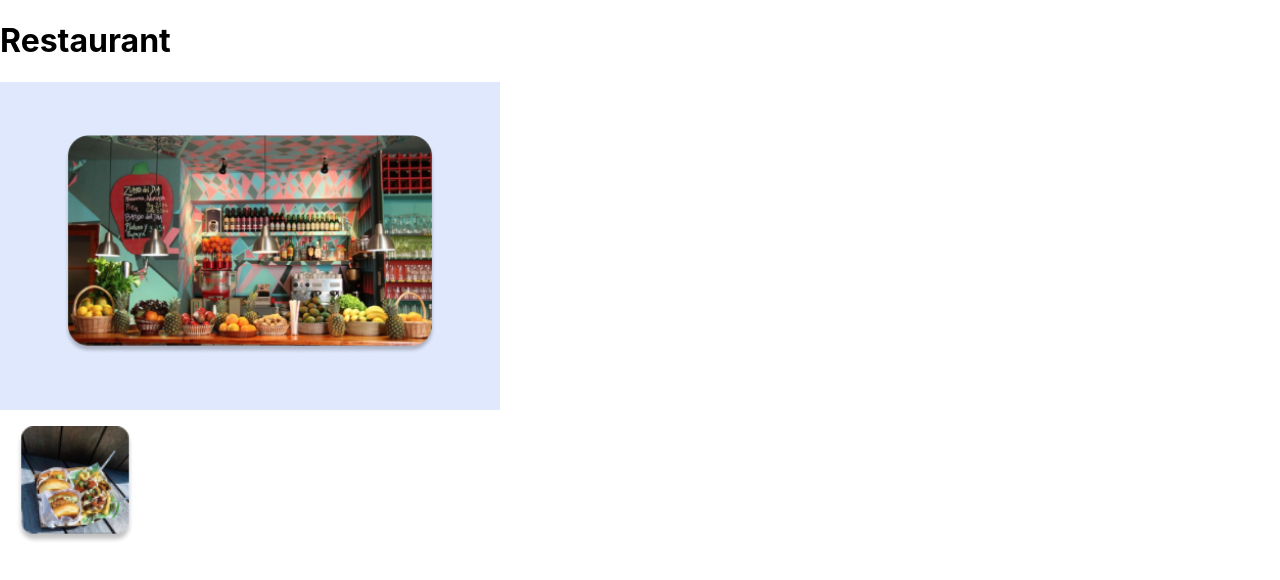
Repository: Kinakopan/design_mindfulEating_site
Page: /restaurant (app in firstapp/)
An editor plug-in stored every save of this project. The page is shown before and after the next save, followed by the edit.
The browser window is 1280 px wide. The pictures show the whole page.
The project was rebuilt for these pictures with package versions that can differ from the ones it lists, and the page was loaded fresh each time. The framework's server and built-in components were replaced by stand-ins that run in the browser. Also part of the build but not shown: firstapp/next.config.js.

Above is the page before, as saved 2022-04-20 00:38:44.

After the next save:
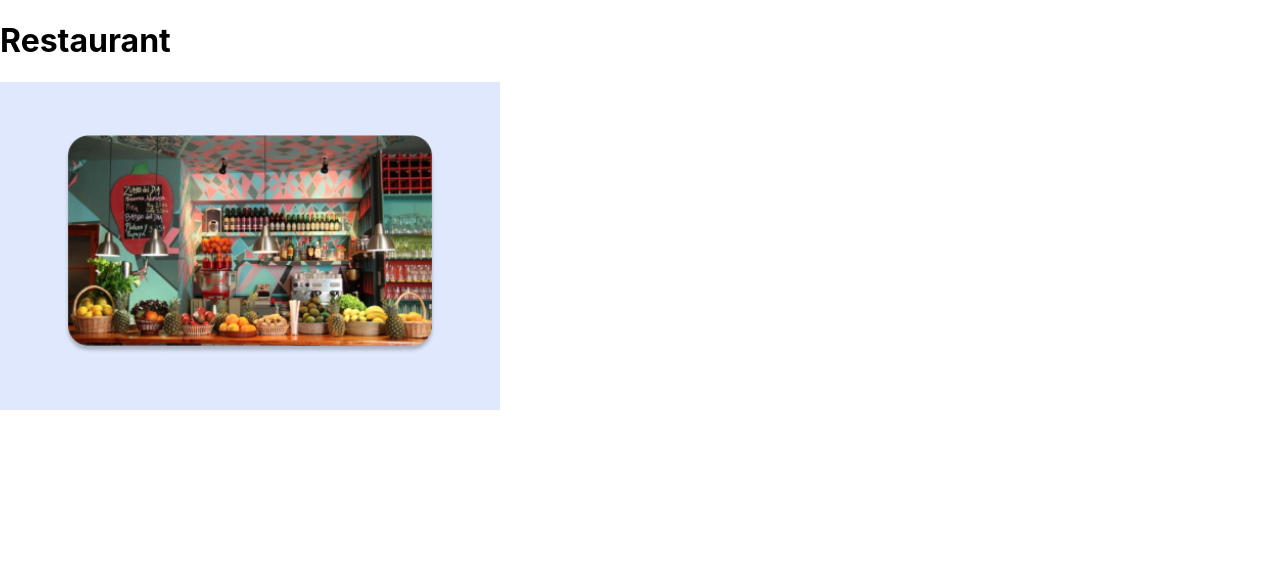
Saved 12 s later.
--- a/firstapp/comps/RestaurantCard.js
+++ b/firstapp/comps/RestaurantCard.js
@@ -23,7 +23,7 @@ export default function RestaurantCard({
 }){
 
     return <ReCont />,
-    <ReImg src="veg out.png"></ReImg>
+    <ReImg ></ReImg>
 
 }
 
